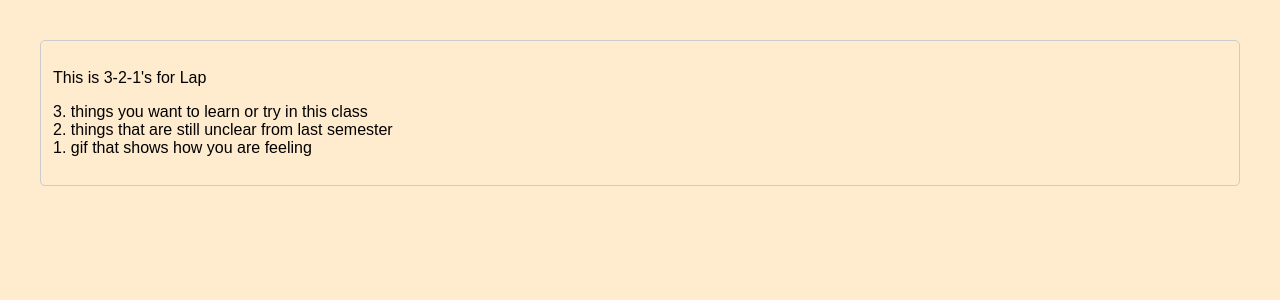
Repository: HyunJunggggg/MDIA2109
Page: index.html
An editor plug-in stored every save of this project. The page is shown before and after a run of saves, followed by the edit.
The browser window is 1280 px wide. The pictures show the whole page.

Above is the page before, as saved 2025-01-23 15:30:13.

After the next 7 saves:
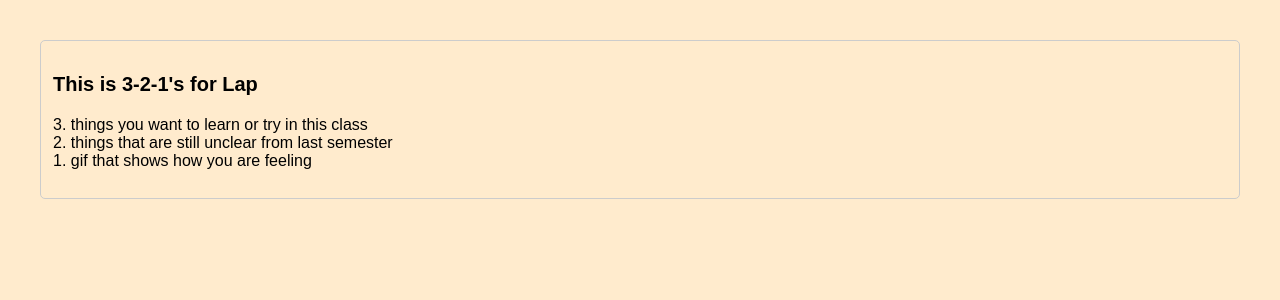
The 7 saves are shown as one change because they came seconds apart.
The last was saved 2 min 6 s later.
--- a/style.css
+++ b/style.css
@@ -1,6 +1,6 @@
 /* Reset */
 body {
-    background-color:blanchedalmond;
+    background-color: blanchedalmond;
 }
 
 ul,
@@ -22,6 +22,10 @@ a {
     text-decoration: none;
 }
 
+p {
+    font-weight: bold;
+    font-size: 20px;
+}
 /* Component style */
 .container {
     margin-bottom: 1em;
@@ -30,7 +34,7 @@ a {
     padding: 0.75em;
 }
 
-#rats-ass{
-  border-color: red;
+#rats-ass {
+    border-color: red;
 }
 /* Utility style */
